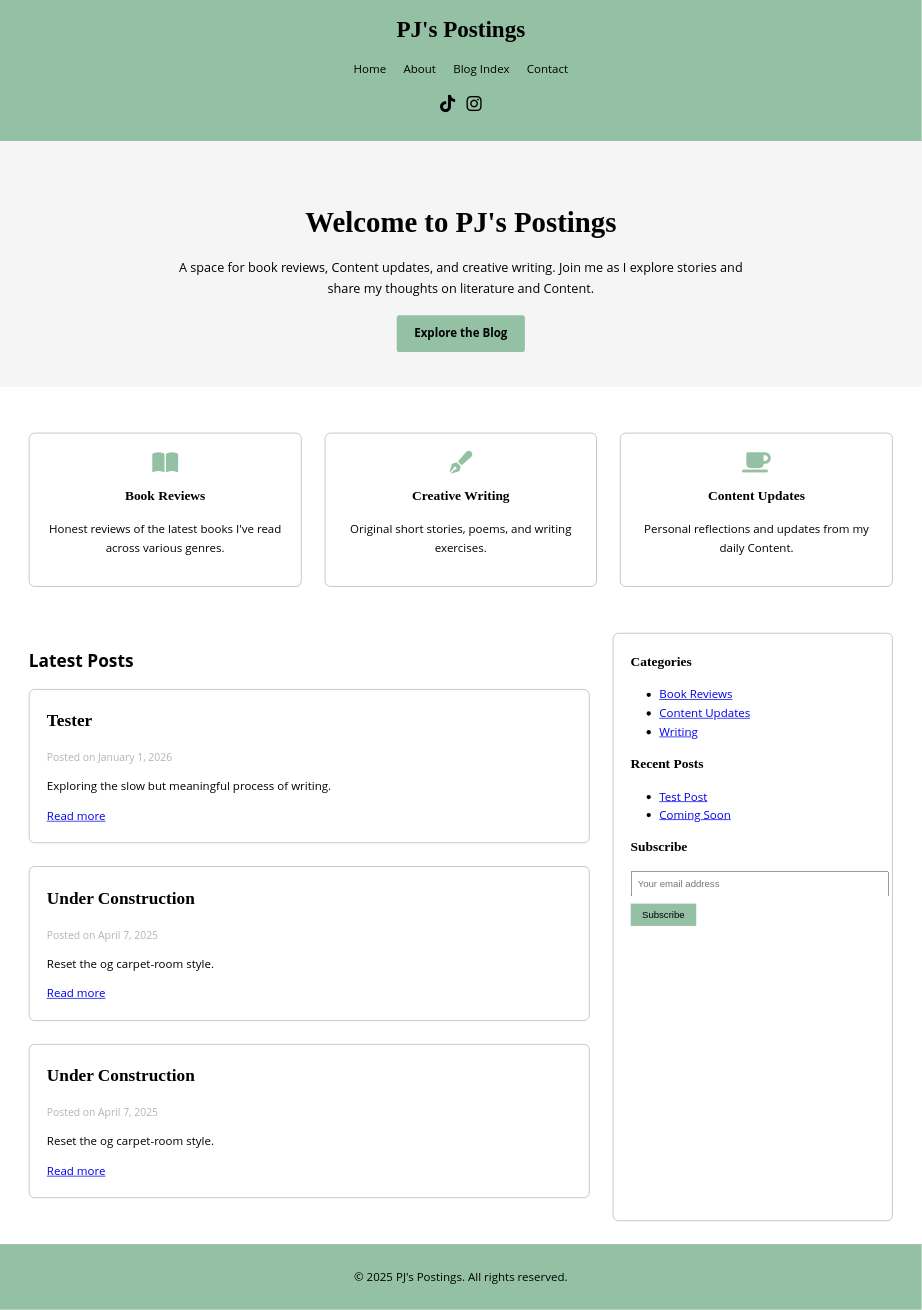
Repository: pjpatrick071/pjpatrick071.github.io
Page: index.html
An editor plug-in stored every save of this project. The page is shown before and after the next save, followed by the edit.
The browser window is 1280 px wide. The pictures show the whole page, at 72% of full size.
Some web fonts or font styles are not loaded; a fallback is used.

Above is the page before, as saved 2025-04-07 21:28:13.

After the next save:
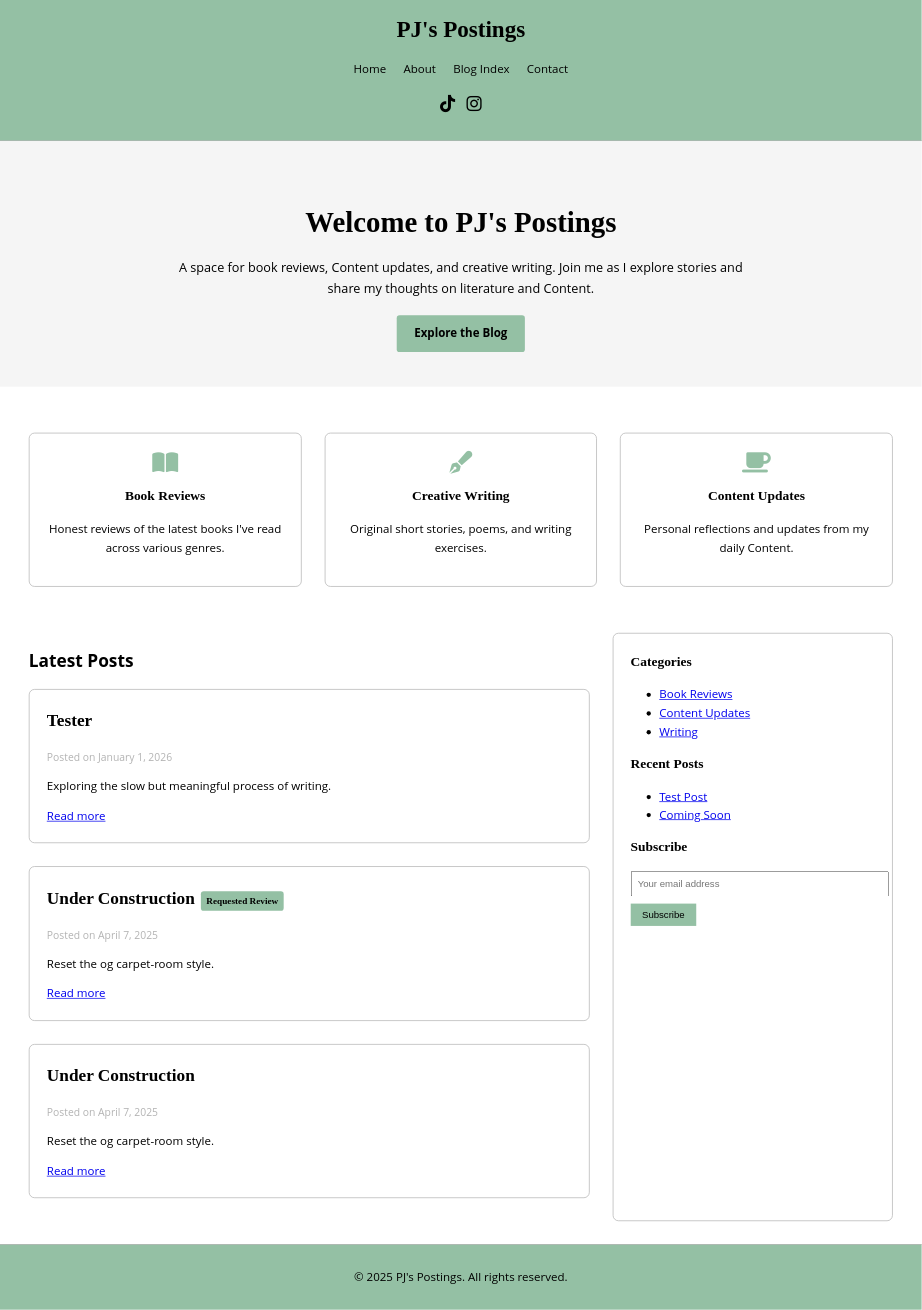
Saved 4 s later.
--- a/index.html
+++ b/index.html
@@ -356,7 +356,7 @@
                         const postElement = document.createElement('article');
                         postElement.className = 'blog-post';
                         postElement.innerHTML = `
-                            <h2 class="post-title">${post.title}</h2>
+                            <h2 class="post-title">${post.title}${post.requested ? '<span class="requested-badge">Requested Review</span>' : ''}</h2>
                             <p class="post-meta">Posted on ${formatDate(post.date)}</p>
                             <div class="entry-content">
                                 <p>${post.excerpt}</p>
